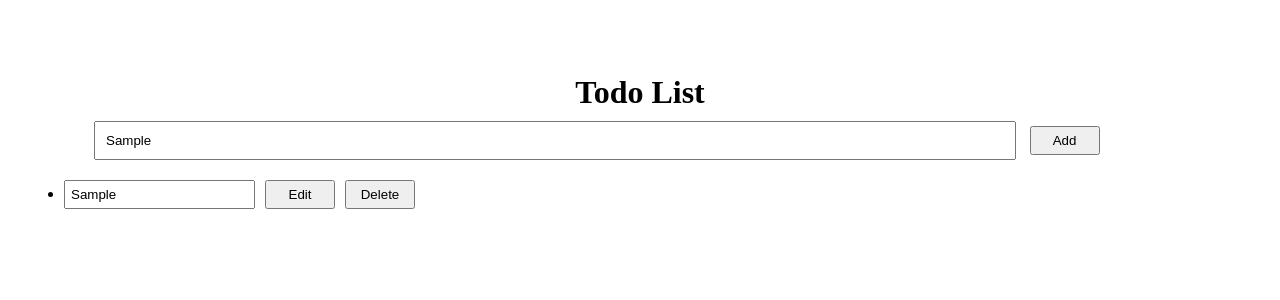
Repository: TENSAEA/----todo
Page: index.html
These files come from the project's save history. The page is drawn as it stood at one moment and after the next save; the edit follows.
The browser window is 1280 px wide. The pictures show the whole page.
Empty fields were first filled with sample values (such as "Sample", 5 or name@example.com).
After loading, the first visible `#addBtn` was clicked once.

Above is the page before, as saved 2023-10-12 21:13:59.

After the next save:
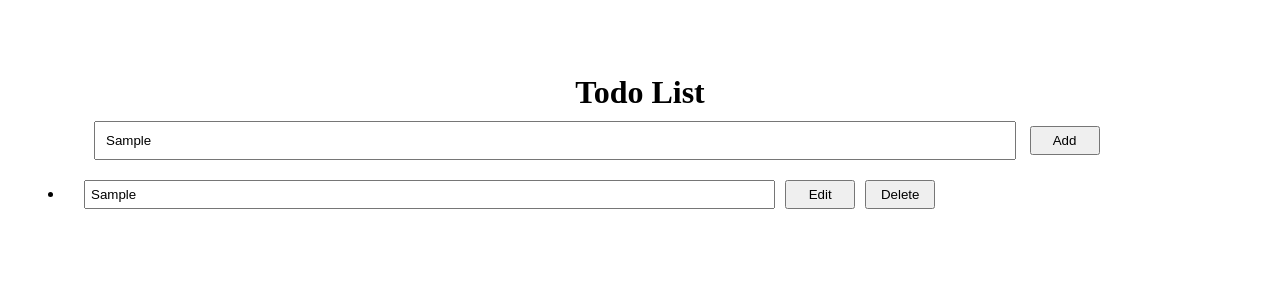
Saved 32 s later.
--- a/style.css
+++ b/style.css
@@ -41,8 +41,8 @@
 
 .list-div .list li .list-text{
     padding: 5px;
-    width:60%
-    margi
+    width:60%;
+    margin-left:20px;
 }
 .edit,.delete{
     padding:5px;
